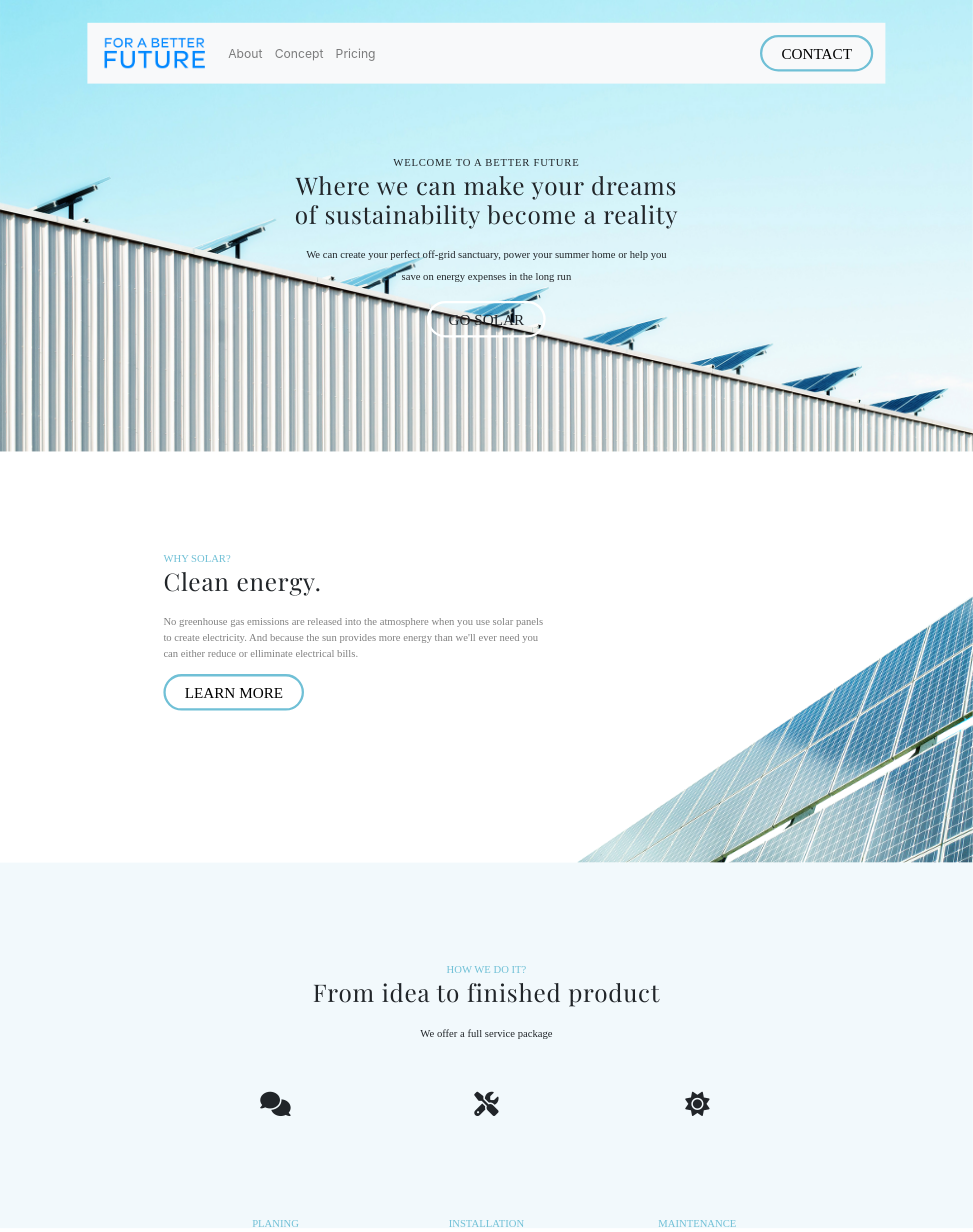
Repository: sabinemm/fabf
Page: index.html
The author's editor kept a record of every edit. The page is drawn from the files as they stood at one moment, then again after the next edit.
The browser window is 1280 px wide. The pictures show the whole page, at 76% of full size.
Backgrounds fixed to the window are drawn as part of the page. Some web fonts or font styles are not loaded; a fallback is used. Some web libraries are served in a nearby version.

Above is the page before.

### index.html
<!DOCTYPE html>
<html lang="en">

<head>
    <meta charset="UTF-8">
    <meta name="viewport" content="width=device-width, initial-scale=1.0">
    <meta http-equiv="X-UA-Compatible" content="ie=edge">
    <link rel="stylesheet" href="style.css" type="text/css" />
    <link rel="stylesheet" href="https://stackpath.bootstrapcdn.com/bootstrap/4.3.1/css/bootstrap.min.css" integrity="sha384-ggOyR0iXCbMQv3Xipma34MD+dH/1fQ784/j6cY/iJTQUOhcWr7x9JvoRxT2MZw1T" crossorigin="anonymous">
    <link rel="stylesheet" media="screen" href="https://fontlibrary.org/face/roundo" type="text/css" />
    <link rel="stylesheet" media="screen" href="https://fontlibrary.org/face/source-sans-pro" type="text/css" />
    <link href="https://fonts.googleapis.com/css?family=Playfair+Display&display=swap" rel="stylesheet">
    <script src="https://kit.fontawesome.com/7e530e9396.js"></script>
    <title>FOR A BETTER FUTURE</title>
</head>

<body>

    <!–-----– NAVBAR ------->

    <div class="container">
        <nav class="navbar navbar-fixed-top navbar-expand-lg navbar-light bg-light">
            <a class="navbar-brand" href="#">
          <img src="img/logo.svg" height="50px"alt="logo">
        </a>
            <button class="navbar-toggler" type="button" data-toggle="collapse" data-target="#navbarText" aria-controls="navbarText" aria-expanded="false" aria-label="Toggle navigation">
    <span class="navbar-toggler-icon"></span>
  </button>
            <div class="collapse navbar-collapse justify-content-center" id="navbarText">
                <ul class="navbar-nav mr-auto">
                    <li class="nav-item">
                        <a class="nav-link" href="#">About</a>
                    </li>
                    <li class="nav-item">
                        <a class="nav-link" href="#">Concept</a>
                    </li>
                    <li class="nav-item">
                        <a class="nav-link" href="#">Pricing</a>
                    </li>
                </ul>
                <span class="navbar-text">
          <button type="button" class="btn btn-blue-border">CONTACT</button>
    </span>
            </div>
        </nav>
    </div>

    <!–-----– FIRST SECTION ------->

    <section id="parallax">
        <div class="container">
            <div class="ltitle text-center">
                <p class="uppercase stitle">WELCOME TO A BETTER FUTURE</p>
                <h2> Where we can make your dreams <br> of sustainability become a reality </h2>
                <p class="tparagraph"> We can create your perfect off-grid sanctuary, power your summer home or help you <br> save on energy expenses in the long run</p>
                <button type="button" class="btn  btn-transp-white-border">GO SOLAR</button>
            </div>
        </div>
    </section>

    <!–-----– SECOND SECTION ------->

    <section id="clean">
        <div class="container container-fluid section-2">
            <div class="row">
                <div class="col col-md-6">
                    <p class="uppercase stitle stitle-blue">WHY SOLAR?</p>
                    <h2 class="ltitle ltitle2"> Clean energy.</h2>
                    <p class="tparagraph tparagraph2"> No greenhouse gas emissions are released into the atmosphere when you use solar panels to create electricity. And because the sun provides more energy than we'll ever need you can either reduce or elliminate electrical bills. </p>
                    <button type="button" class="btn btn-blue-border">LEARN MORE</button>

                </div>
            </div>

            <div class="container">
                <div class="col col-md-6 offset-md-6">
                    <img src="img/sidepanel.png" class="sidepanel"></img>
                </div>
            </div>
        </div>

    </section>

    <!–-----– THIRD SECTION ------->

    <section id="idea">
        <div class="idea-title text-center">
            <p class="uppercase stitle stitle-blue">HOW WE DO IT?</p>
            <h2 class="ltitle ltitle2"> From idea to finished product</h2>
            <p class="tparagraph">We offer a full service package</p>

        </div>
        <div class="container container-fluid ">
            <div class="row m-auto text-center justify-content-center">
                <div class=" col-sm-3 col-md-3">
                   <div class="icons"><i class="fas fa-comments fa-2x"></i></div>
                     <p class="uppercase stitle stitle-blue stitlen">PLANING</p>
                </div>
                <div class="col-sm-3 col-md-3">
                    <div class="icon"><i class="fas fa-tools fa-2x"></i></div>
                     <p class="uppercase stitle stitle-blue stitlen">INSTALLATION</p>
                </div>
                <div class="col-sm-3 col-md-3">
                    <div class="icon"><i class="fas fa-sun fa-2x"></i></div>
                     <p class="uppercase stitle stitle-blue stitlen">MAINTENANCE</p>
                </div>
            </div>

        </div>

    </section>

</body>

</html>

### style.css

/*-------------------navbar------------------*/

.navbar {
    margin-top: 30px;
    margin-left: 30px;
    margin-right: 30px;

}

@media (max-width:536px) {
    .navbar {
        margin-top: 15px;
        margin-left: 10px;
        margin-right: 10px;
    }
}

/*-------------------Buttons------------------*/

.btn-transp-white-border,
.btn-transp-white-border:hover,
.btn-transp-white-border:active,
.btn-transp-white-border:visited,
.btn-transp-white-border:active:focus,
.btn-transp-white-border:focus {
    background-color: rgba(0, 0, 0, 0);
    border: solid 3px white !important;
    border-radius: 30px !important;
    color: white;
    text-align: center;
    text-decoration: none;
    display: inline-block;
    font-size: 20px !important;
    font-family: 'SourceSansProRegular';
    padding-left: 25px !important;
    padding-right: 25px !important;
}


.btn-transp-white-border:hover {
    background-color: rgba(255, 255, 255, 0.5);
    padding-left: 25px;
    padding-right: 25px;
}


.btn-blue-border,
.btn-blue-border:hover,
.btn-blue-border:active,
.btn-blue-border:visited,
.btn-blue-border:active:focus,
.btn-blue-border:focus {
    background-color: rgba(0, 0, 0, 0) !important;
    border: solid 3px rgb(112, 192, 214) !important;
    border-radius: 30px !important;
    color: black !important;
    text-align: center;
    text-decoration: none;
    display: inline-block;
    font-size: 20px !important;
    font-family: 'SourceSansProRegular';
    padding-left: 25px !important;
    padding-right: 25px!important;
}

.btn-blue-border:hover {
    background-color: rgba(112, 192, 214, 0.5) !important;
    padding-left: 25px;
    padding-right: 25px;
}


/*-------------------SECTION 1 PAGE 1------------------*/

#parallax {
    background: url(img/1page1section.jpg);
    background-attachment: fixed;
    background-position: bottom;
    background-repeat: no-repeat;
    background-size: cover;
    margin-top: -110px;
}

@media (max-width:536px) {
    #parallax {
        margin-top: -110px;
    }
}

.stitle {
    font-size: 14px;
    font-family: 'RoundoRegular';
    font-weight: 500;
    font-style: normal;
    margin-bottom: -5px;
}

.ltitle {
    padding-top: 200px;
    font-family: 'Playfair Display';
    letter-spacing: 1px;
    line-height: 30px;
    padding-bottom: 150px;
}

@media (max-width:768px) {
    .ltitle {
        padding-top: 150px;
        padding-bottom: 100px;
    }
}

.tparagraph {
    padding-top: 10px;
    font-family: 'SourceSansProRegular';
    font-weight: normal;
    font-style: normal;
    font-size: 14px;
    letter-spacing: 0;
}

@media (max-width:768px) {
    br {
        display: none !important;
        visibility: hidden;
    }
}

/*-------------------SECTION 2 PAGE 1------------------*/
#clean {
    padding-left: 0;
}
@media (min-width:768px) {
#clean {
    padding-left: 200px;
}
}


.stitle-blue {
    color:rgb(112, 192, 214);
    padding-top: 70px;

}

@media (min-width:768px) {
    .stitle-blue {
        padding-top: 130px;
    }
}

.ltitle2 {
padding-top: 10px;
padding-bottom: 10px;
}

.tparagraph2 {
    color: gray;

}

.section-2 {
  padding-bottom: 100px;
}

.sidepanel {
position:relative;
float: right;
height:350px;
margin-top: -150px;
margin-right: -45px;
z-index: -1;
}


/*-------------------SECTION 3 PAGE 1------------------*/

#idea {
    background-color: rgb(242, 249,252);
}

.idea-title {;
    padding-bottom: 50px;
    margin-top: 100px;
}

After the next edit:
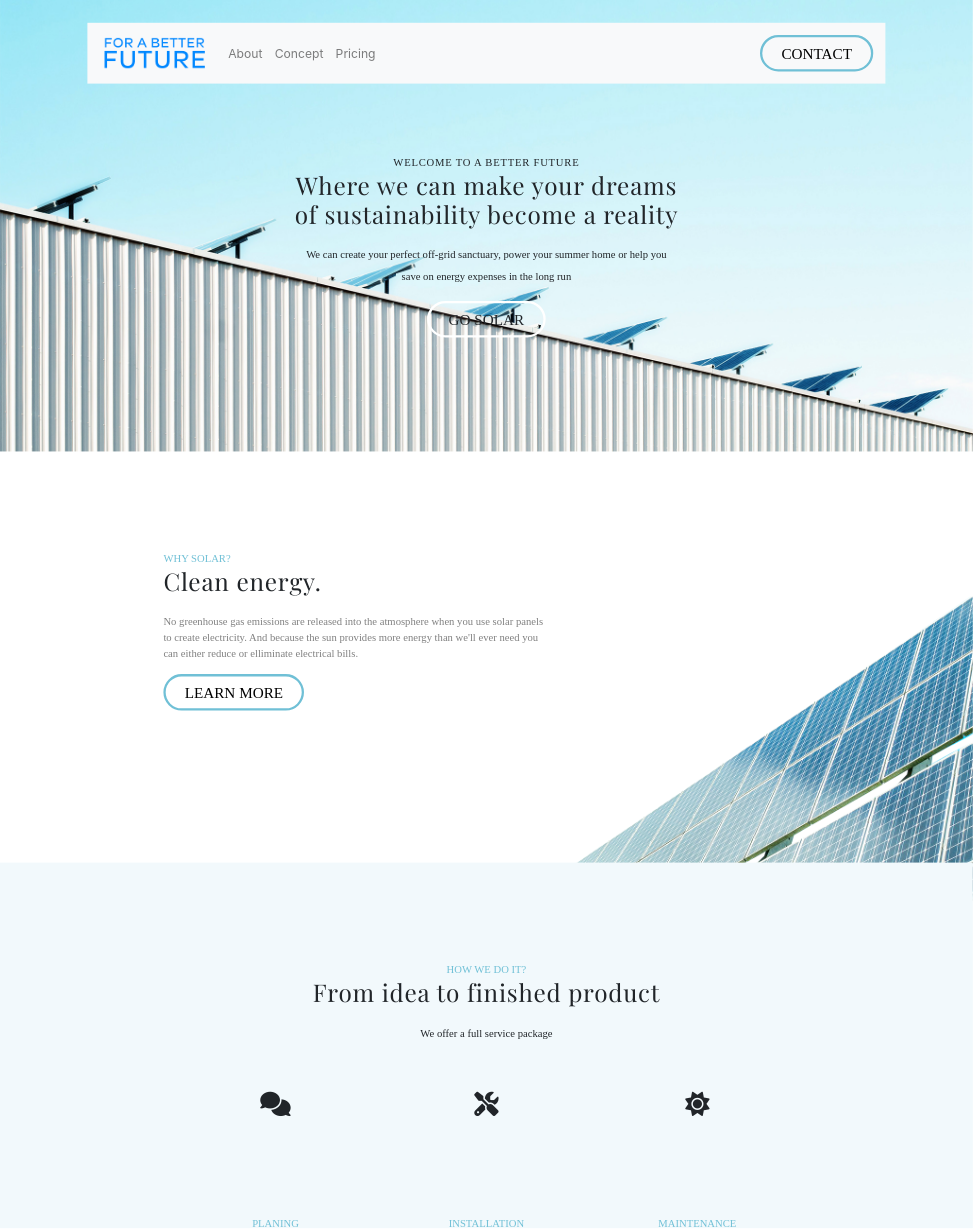
The edit:
--- a/style.css
+++ b/style.css
@@ -167,7 +167,7 @@
 .sidepanel {
 position:relative;
 float: right;
-height:350px;
+height:400px;
 margin-top: -150px;
 margin-right: -45px;
 z-index: -1;
